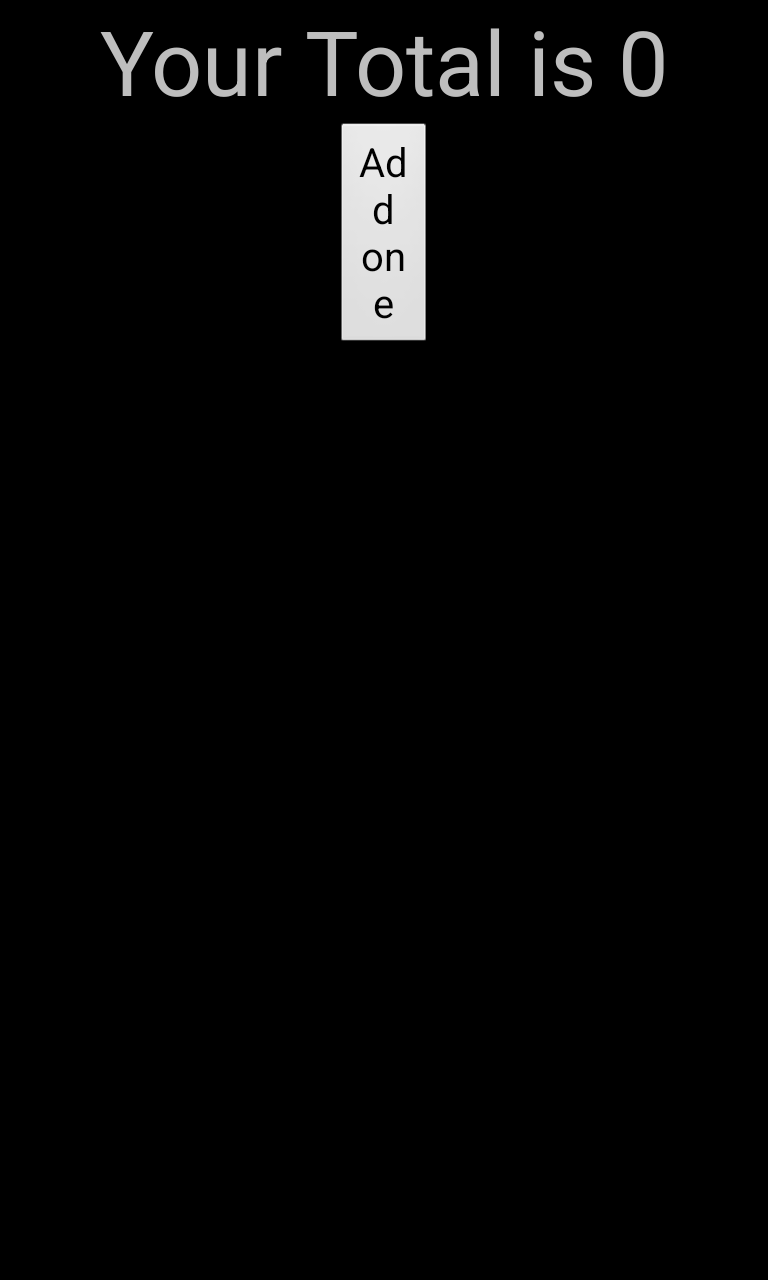
Repository: mcranwill/java_android
Layout: newboston/res/layout/main.xml
These files come from the project's save history. The layout is drawn as it stood at one moment and after the next save; the edit follows.
It is drawn on a 768 x 1280 px phone screen (xhdpi) without system bars, with theme android:Theme; the app's code is not run.

Above is the layout before, as saved 2012-06-08 03:31:18.

### newboston/res/layout/main.xml
<?xml version="1.0" encoding="utf-8"?>
<LinearLayout xmlns:android="http://schemas.android.com/apk/res/android"
    android:layout_width="fill_parent"
    android:layout_height="fill_parent"
    android:orientation="vertical" >

    <TextView
        android:layout_width="fill_parent"
        android:layout_height="wrap_content"
        android:text="Your Total is 0"
        android:textSize="45dp"
        android:layout_gravity="center"
        android:gravity="center"
        />
	<Button
	    android:layout_width="50dp"
	    android:layout_height="wrap_content"
	    android:layout_gravity="center"
	    android:text="Add one"
	    android:textSize="20dp"/>
</LinearLayout>

After the next save:
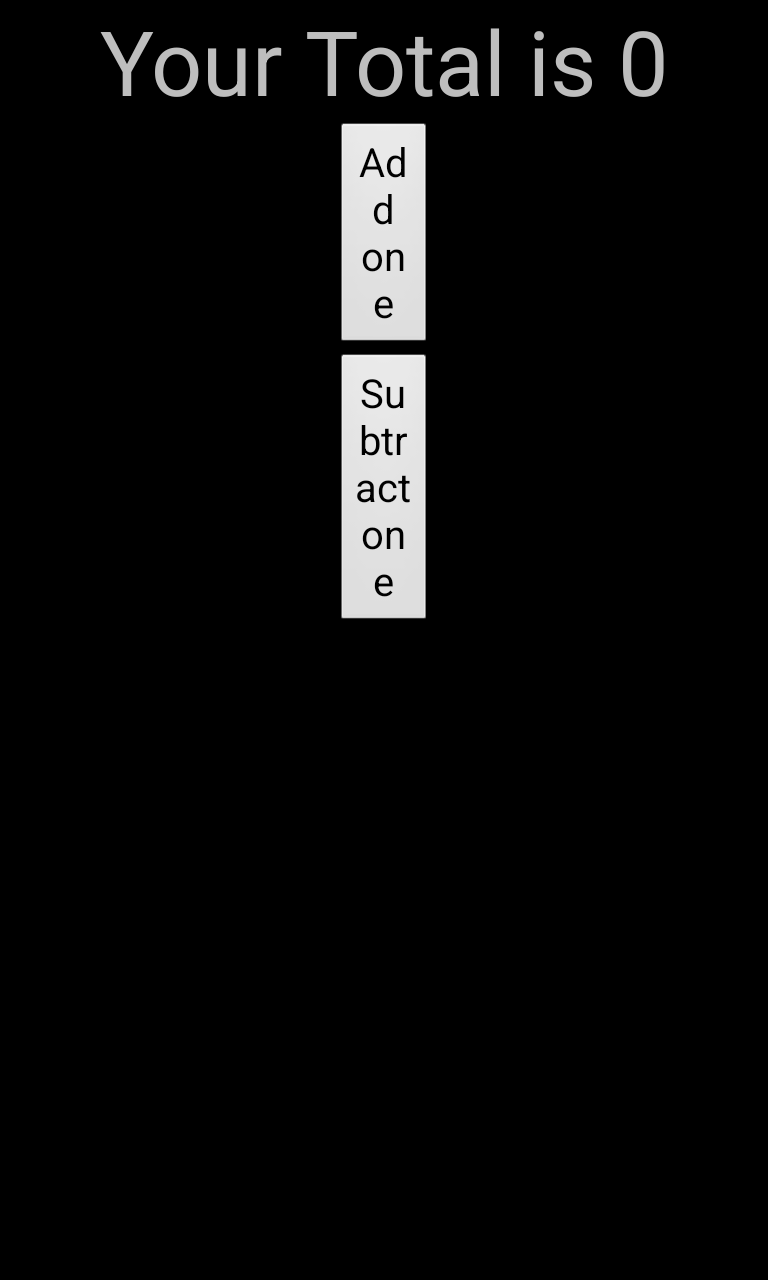
Saved 21 s later.
--- a/newboston/res/layout/main.xml
+++ b/newboston/res/layout/main.xml
@@ -18,4 +18,10 @@
 	    android:layout_gravity="center"
 	    android:text="Add one"
 	    android:textSize="20dp"/>
+	<Button
+	    android:layout_width="50dp"
+	    android:layout_height="wrap_content"
+	    android:layout_gravity="center"
+	    android:text="Subtract one"
+	    android:textSize="20dp"/>
 </LinearLayout>
